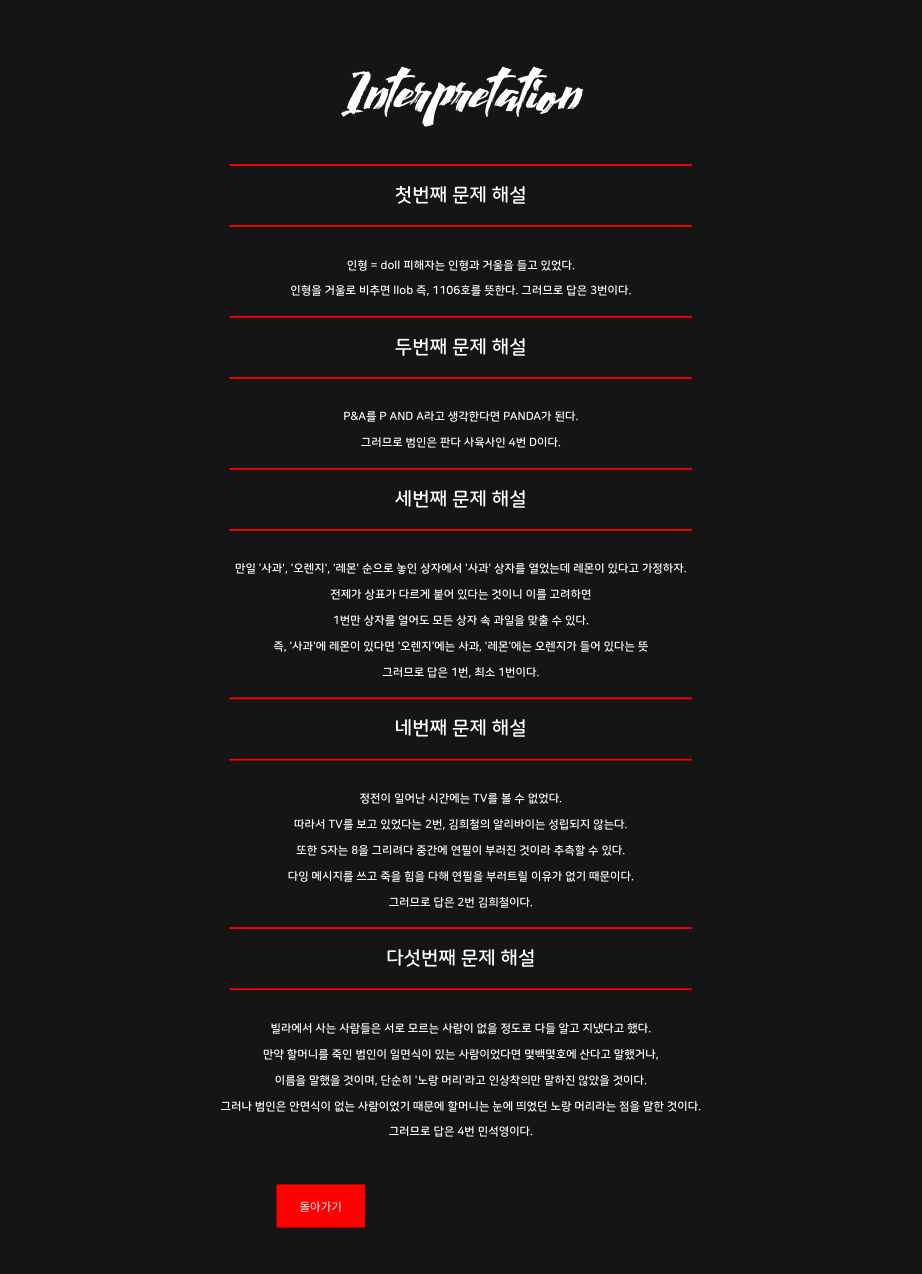
Repository: minkyung0421/Event_Project
Page: http://localhost/Event/inter.jsp
An editor plug-in stored every save of this project. The page is shown before and after the next save, followed by the edit.
The browser window is 1280 px wide. The pictures show the whole page, at 72% of full size.
The page is served by Tomcat 9.

Above is the page before, as saved 2018-09-04 20:02:34.

### Event_Project/Event/WebContent/inter.jsp
<%@ page language="java" contentType="text/html; charset=UTF-8"
    pageEncoding="UTF-8"%>
<!DOCTYPE html PUBLIC "-//W3C//DTD HTML 4.01 Transitional//EN" "http://www.w3.org/TR/html4/loose.dtd">
<html>
<head>
<meta http-equiv="Content-Type" content="text/html; charset=UTF-8">
<title>EVENT</title>
</head>
<style>
@font-face{
	font-family: 'Calligraphy Personal Use'; src:url('font/Calligraphy Personal Use.ttf');
}
@font-face{font-family:'NANUMSQUAREROUNDL'; src:url('font/NANUMSQUAREROUNDL.TTF')}
@font-face{font-family:'NANUMSQUAREROUNDB'; src:url('font/NANUMSQUAREROUNDB.TTF')}
body{
	margin:0px;
	padding:0px;
	font-family:'NANUMSQUAREROUNDB';
	background-color: #151515;
	color: white;
}
button{
  background:red;
  color:#fff;
  border:none;
  position:relative;
  margin-right: 3%;
  margin-bottom: 3%;
  height:60px;
  font-size:1em;
  padding:0 2em;
  cursor:pointer;
  transition:800ms ease all;
  outline:none;
}
button:hover{
  background:white;
  color:#151515;
}
button:before,button:after{
  content:'';
  position:absolute;
  top:0;
  right:0;
  height:2px;
  width:0;
  background: red;
  transition:400ms ease all;
}
button:after{
  right:inherit;
  top:inherit;
  left:0;
  bottom:0;
}
button:hover:before,button:hover:after{
  width:100%;
  transition:800ms ease all;
}

</style>
<body>
<center><div style = "font-family: Calligraphy Personal Use; font-size: 90pt; margin-top:5%">Interpretation</div></center>
<center>
		<br><br>
		<hr color="red" style = "width: 50%">
		<br>
		<div style = "font-size: 20pt;">첫번째 문제 해설</div>
		<br>
		<hr color="red" style = "width: 50%">
		<br>
		<br>
		인형 = doll 피해자는 인형과 거울을 들고 있었다.<br><br> 인형을 거울로 비추면 llob 즉, 1106호를 뜻한다. 그러므로 답은 3번이다.

		<br><br>
		<hr color="red" style = "width: 50%">
		<br>
		<div style = "font-size: 20pt;">두번째 문제 해설</div>
		<br>
		<hr color="red" style = "width: 50%">
		<br>
		<br>
		P&A를 P AND A라고 생각한다면 PANDA가 된다. <br><br>그러므로 범인은 판다 사육사인 4번 D이다.

		<br><br>
		<hr color="red" style = "width: 50%">
		<br>
		<div style = "font-size: 20pt;">세번째 문제 해설</div>
		<br>
		<hr color="red" style = "width: 50%">
		<br>
		<br>
		만일 '사과', '오렌지', '레몬' 순으로 놓인 상자에서 '사과' 상자를 열었는데 레몬이 있다고 가정하자.<br><br>
		전제가 상표가 다르게 붙어 있다는 것이니 이를 고려하면 <br><br>1번만 상자를 열어도 모든 상자 속 과일을 맞출 수 있다.<br><br>
		즉, '사과'에 레몬이 있다면 '오렌지'에는 사과, '레몬'에는 오렌지가 들어 있다는 뜻 <br><br>그러므로 답은 1번, 최소 1번이다.

		<br><br>
		<hr color="red" style = "width: 50%">
		<br>
		<div style = "font-size: 20pt;">네번째 문제 해설</div>
		<br>
		<hr color="red" style = "width: 50%">
		<br>
		<br>
		정전이 일어난 시간에는 TV를 볼 수 없었다. <br><br>따라서 TV를 보고 있었다는 2번, 김희철의 알리바이는 성립되지 않는다.<br><br>
		또한 S자는 8을 그리려다 중간에 연필이 부러진 것이라 추측할 수 있다.<br><br>
		다잉 메시지를 쓰고 죽을 힘을 다해 연필을 부러트릴 이유가 없기 때문이다.<br><br> 그러므로 답은 2번 김희철이다.

		<br><br>
		<hr color="red" style = "width: 50%">
		<br>
		<div style = "font-size: 20pt;">다섯번째 문제 해설</div>
		<br>
		<hr color="red" style = "width: 50%">
		<br>
		<br>
		빌라에서 사는 사람들은 서로 모르는 사람이 없을 정도로 다들 알고 지냈다고 했다.<br><br>
		만약 할머니를 죽인 범인이 일면식이 있는 사람이었다면 몇백몇호에 산다고 말했거나,<br><br> 이름을 말했을 것이며,
		단순히 '노랑 머리'라고 인상착의만 말하진 않았을 것이다.<br><br>
		그러나 범인은 안면식이 없는 사람이었기 때문에 할머니는 눈에 띄었던 노랑 머리라는 점을 말한 것이다. <br><br>그러므로 답은 4번 민석영이다.
</center>
<button name = "button" onClick='window.close()' style = "margin-left:30%; margin-bottom:5%; margin-top:5%">돌아가기</button>
</body>
</html>

After the next save:
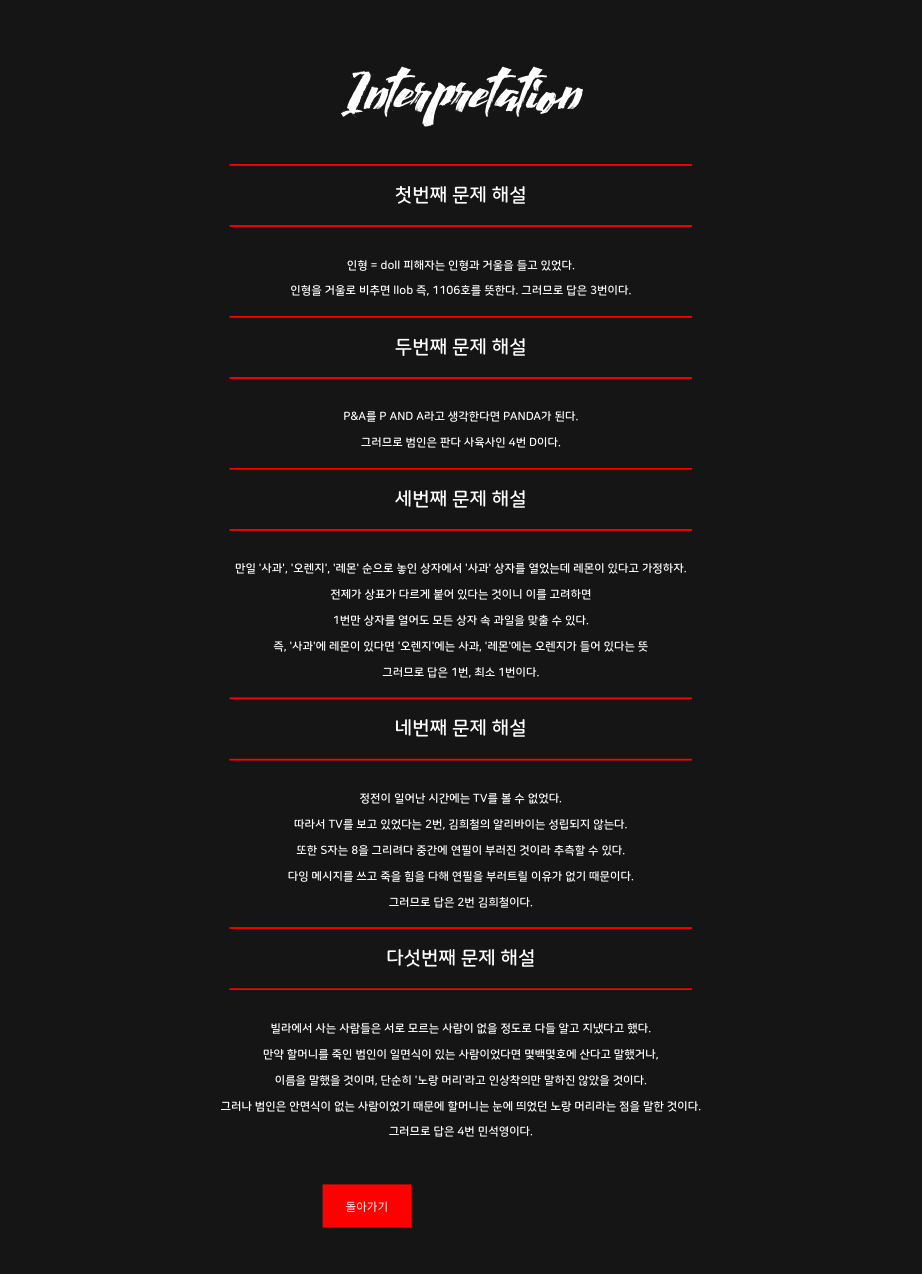
Saved 18 s later.
--- a/Event_Project/Event/WebContent/inter.jsp
+++ b/Event_Project/Event/WebContent/inter.jsp
@@ -119,6 +119,6 @@ button:hover:before,button:hover:after{
 		단순히 '노랑 머리'라고 인상착의만 말하진 않았을 것이다.<br><br>
 		그러나 범인은 안면식이 없는 사람이었기 때문에 할머니는 눈에 띄었던 노랑 머리라는 점을 말한 것이다. <br><br>그러므로 답은 4번 민석영이다.
 </center>
-<button name = "button" onClick='window.close()' style = "margin-left:30%; margin-bottom:5%; margin-top:5%">돌아가기</button>
+<button name = "button" onClick='window.close()' style = "margin-left:35%; margin-bottom:5%; margin-top:5%">돌아가기</button>
 </body>
 </html>
